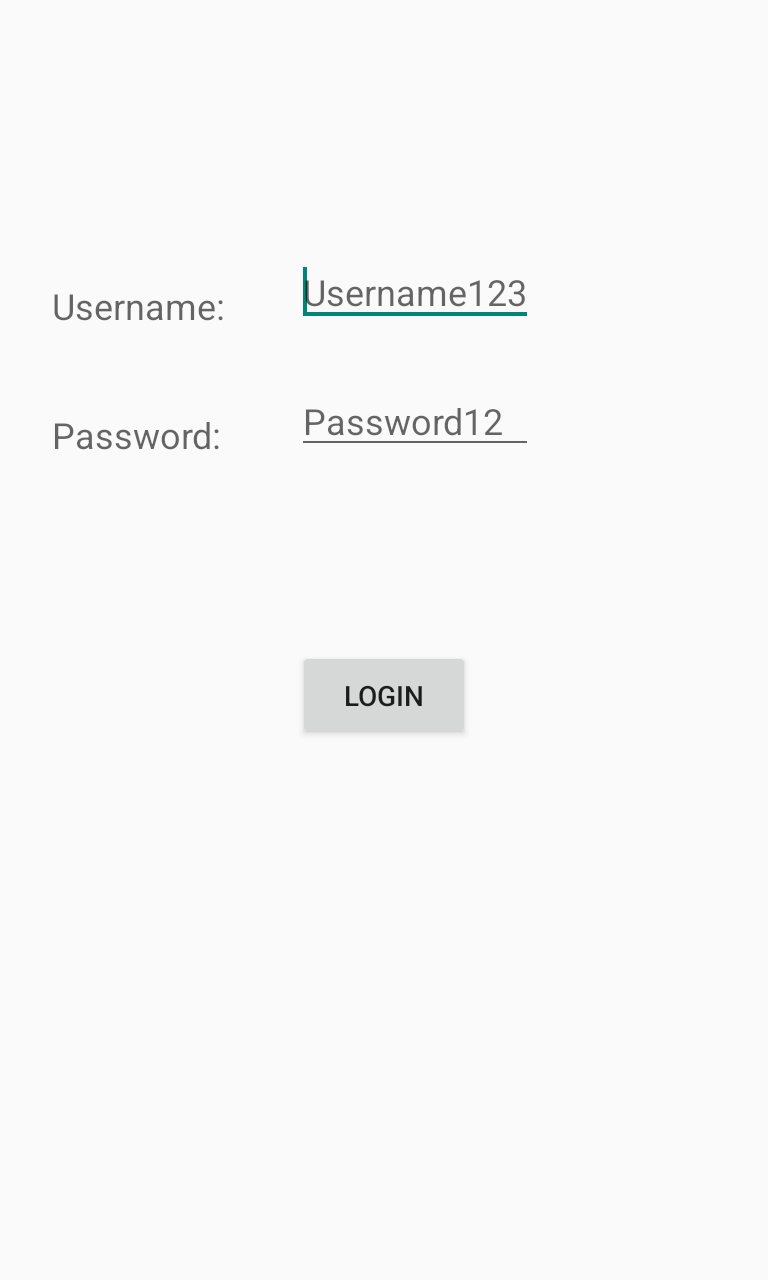
Repository: BurtWurst/MyFields_Mobile
Layout: Android/Login/res/layout/activity_main.xml
These files come from the project's save history. The layout is drawn as it stood at one moment and after the next save; the edit follows.
It is drawn on a 768 x 1280 px phone screen (xhdpi) without system bars, with theme AppTheme; the app's code is not run.

Above is the layout before, as saved 2014-12-06 04:30:52.

After the next save:
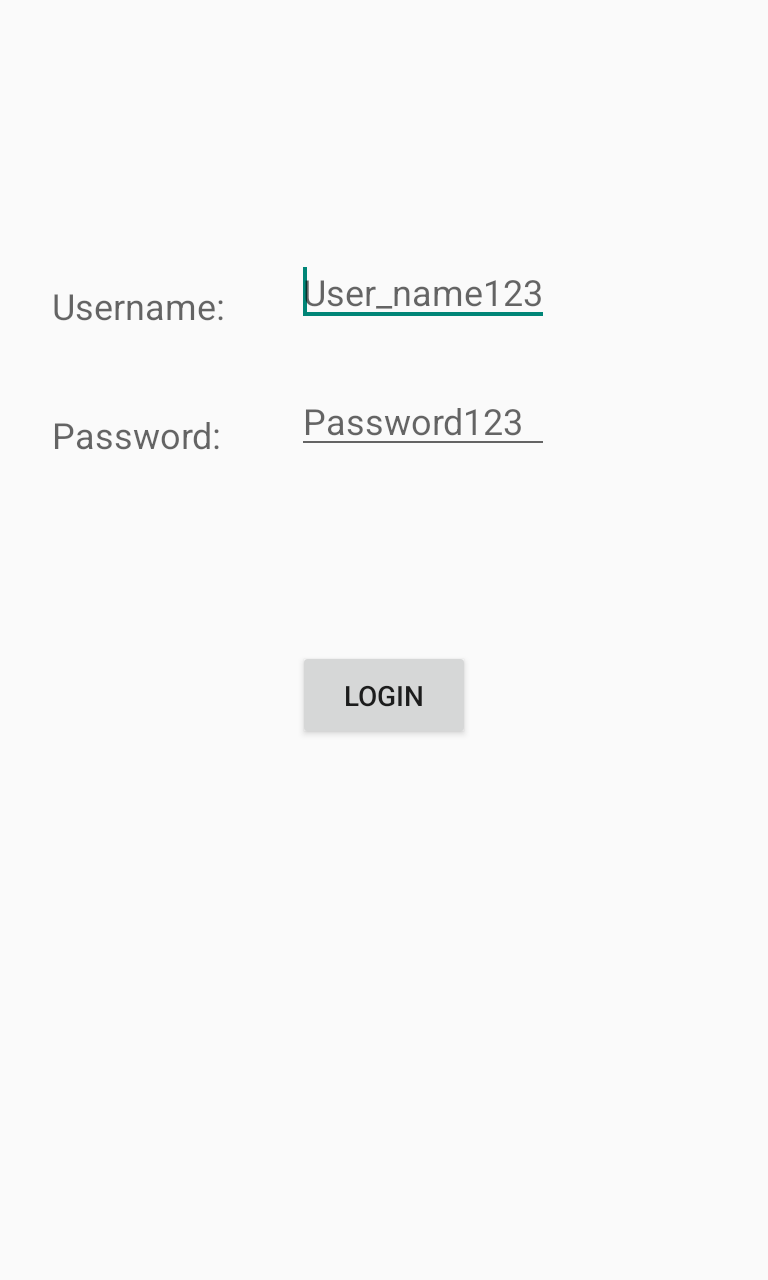
Saved 13 s later.
--- a/Android/Login/res/layout/activity_main.xml
+++ b/Android/Login/res/layout/activity_main.xml
@@ -36,7 +36,7 @@
 	      android:layout_alignBottom="@+id/textView2"
 	      android:layout_marginLeft="35dp"
 	      android:layout_toRightOf="@+id/textView2"
-	      android:hint="Username123" >
+	      android:hint="User_name123" >
       	  <requestFocus />
    	  </EditText>
 
@@ -57,7 +57,7 @@
           android:layout_alignBottom="@+id/textView3"
           android:layout_alignLeft="@+id/usernameET"
           android:layout_alignRight="@+id/usernameET"
-          android:hint="Password12"
+          android:hint="Password123"
           android:inputType="textPassword" />
 
        <TextView
